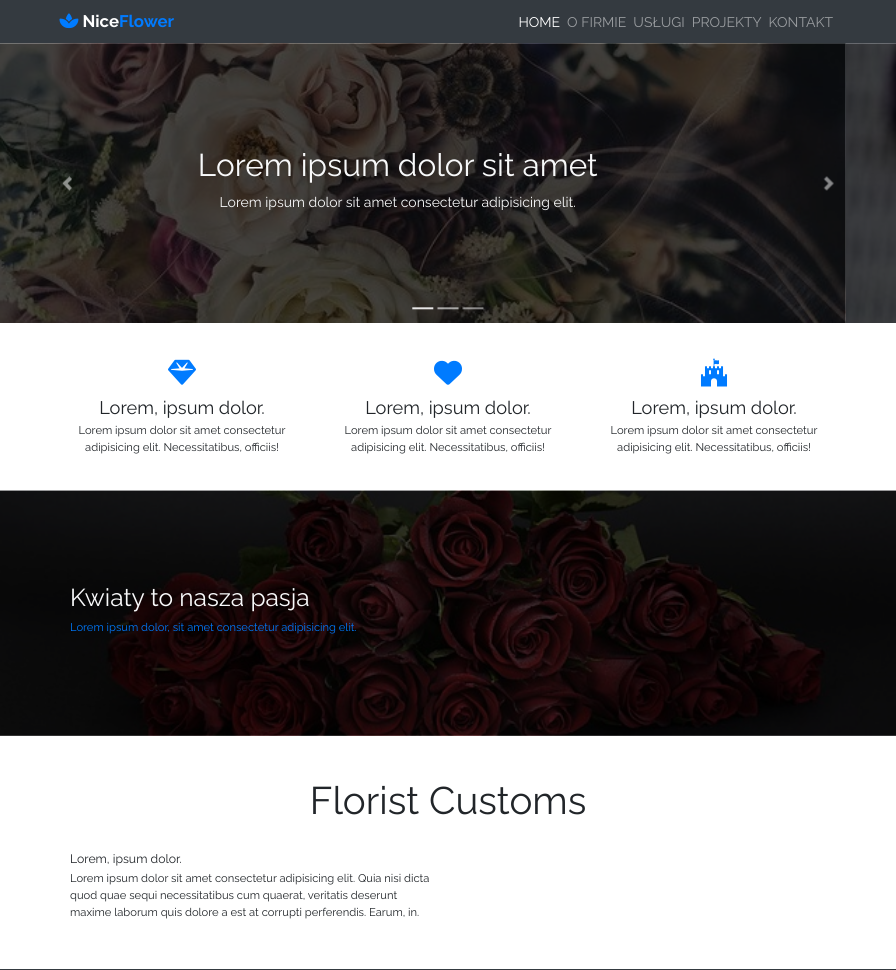
Repository: KrzysKolo/Projekt-13_Kwiaciarnia
Page: index.html
The author's editor kept a copy of each file at every save. The page is drawn from the files as they stood at one save, then again after the next save.
The browser window is 1280 px wide. The pictures show the whole page, at 70% of full size.
Some web libraries are served in a nearby version.

Above is the page before, as saved 2020-08-10 01:19:26.

After the next save:
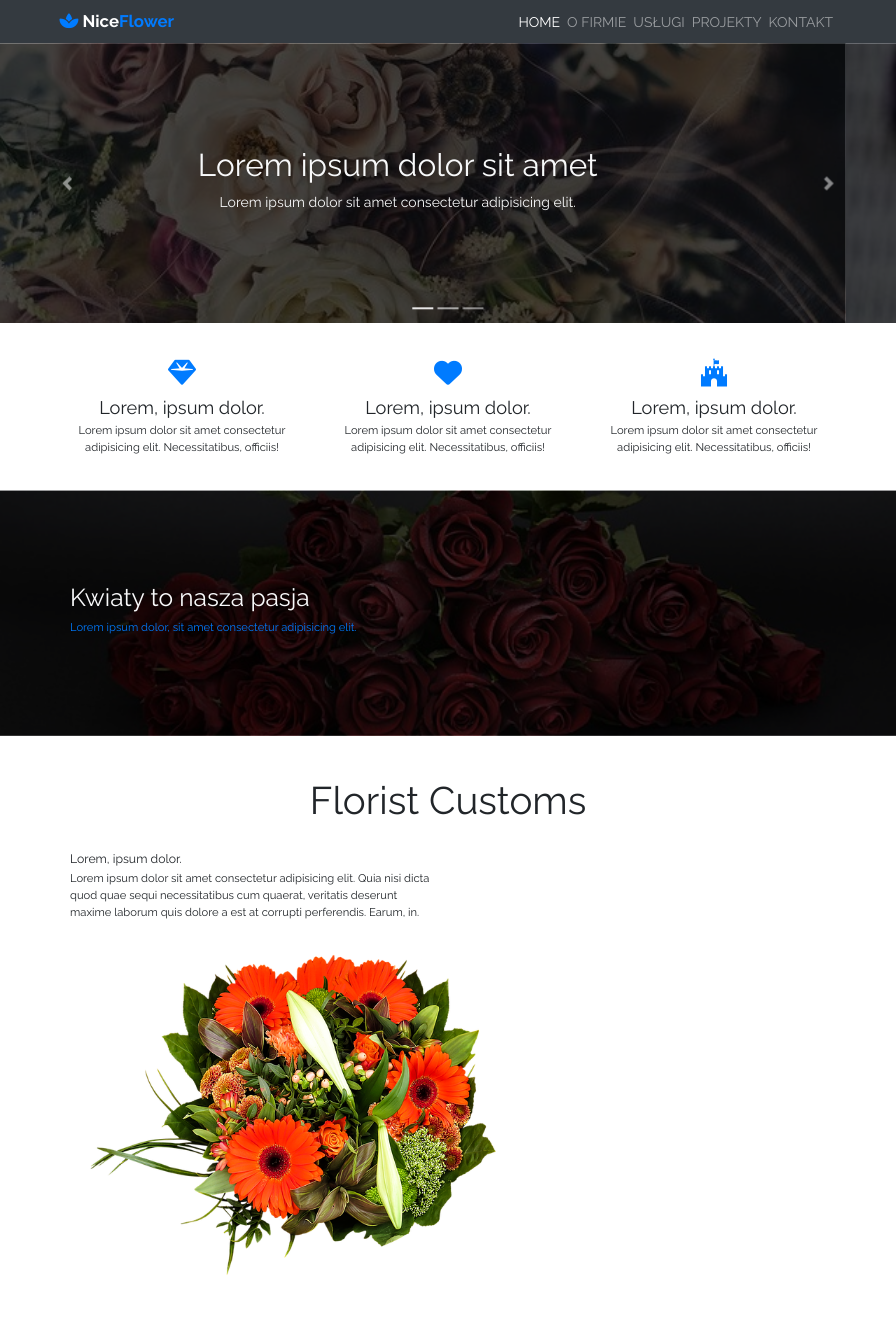
Saved 119 s later.
--- a/index.html
+++ b/index.html
@@ -185,7 +185,9 @@
                 deserunt maxime laborum quis dolore a est at corrupti
                 perferendis. Earum, in.
               </p>
-              <div class="col-md-6"></div>
+              <div class="col-md-6">
+                <img src="./img/b9m.png" alt="bukiet" />
+              </div>
             </div>
           </div>
         </div>
